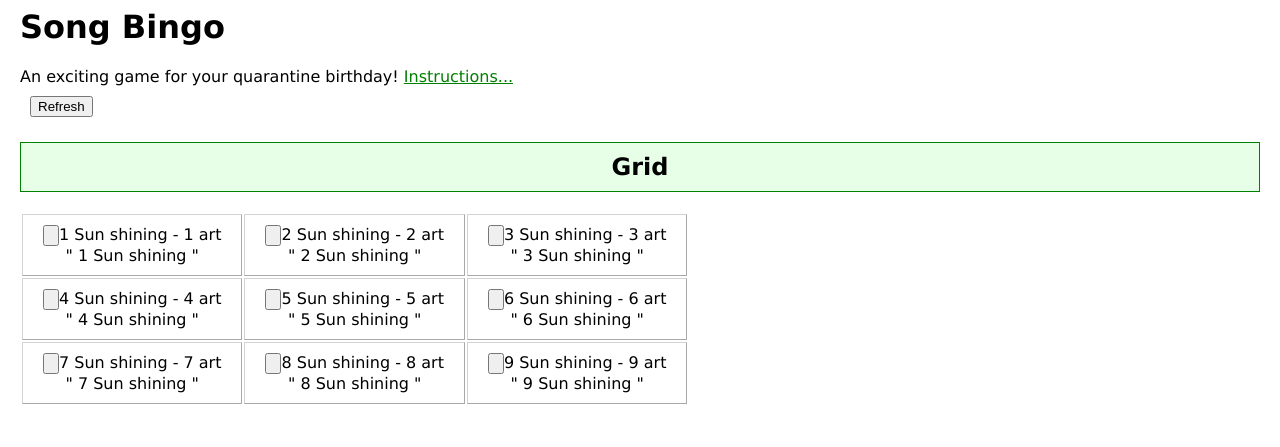
Repository: salsal97/birthday-bingo
Page: bingo.html
An editor plug-in stored every save of this project. The page is shown before and after the next save, followed by the edit.
The browser window is 1280 px wide. The pictures show the whole page.
After loading, the first visible `input` was clicked once.

Above is the page before, as saved 2020-05-23 12:40:28.

### bingo.html
<!--
Author: Saloni Goel and Abhinav Nair, 2020
Previous Author: Werner Stoop, 2012
-->
<html>
<head>
	<title>Song Bingo</title>

	<style>
	h2 {background:rgb(230,255,230);text-align:center;padding:10px;border:1px solid green;}
	body {font-family:Verdana;margin-left:20px;margin-right:20px}
	td {
		padding:10px 20px;
		border-top:1px solid lightgray;
		border-left:1px solid lightgray;
		border-bottom:1px solid darkgray;
		border-right:1px solid darkgray;
	}
	.error {
		background-color:#FF7F7F;
		color:red;
		padding:5px;
		margin:20px 50px;
		border:1px solid red;
	}
	.highlight {
		background:#47FF84;
	}
	a {
		color:green;
	}
	td label {
		cursor:pointer;
    	text-align: center;
	}
	form {
		margin:5px;
		padding:5px;
		color:green;
	}
	#instructions {
		display:none;
		border: 1px solid green;
		margin:10px;
		padding:20px;
	}
	</style>

	<!-- <script type="text/javascript" src="songs.json"></script> -->
	<script type="text/javascript">

	// var fs = require('fs');
	// var songs = fs.readFileSync("songs.json", "utf8");
	// var songs = $.getJSON("https://birthday-bingo.azurewebsites.net/songs.json");

	// var data = JSON.parse("https://birthday-bingo.azurewebsites.net/songs.json"); //.data;
	// var N = JSON.parse(songs).N;
	 var N = 3;
	 var data = [{
		friend: "p1",
		quote: "\" 1 Sun shining \"",
		song: "1 Sun shining",
		link: "www.youtube.com",
		artist: "1 art"
	}, {
		friend: "p2",
		quote: "\" 2 Sun shining \"",
		song: "2 Sun shining",
		link: "www.youtube.com",
		artist: "2 art"
	}, {
		friend: "p3",
		quote: "\" 3 Sun shining \"",
		song: "3 Sun shining",
		link: "www.youtube.com",
		artist: "3 art"
	}, {
		friend: "p4",
		quote: "\" 4 Sun shining \"",
		song: "4 Sun shining",
		link: "www.youtube.com",
		artist: "4 art"
	}, {
		friend: "p5",
		quote: "\" 5 Sun shining \"",
		song: "5 Sun shining",
		link: "www.youtube.com",
		artist: "5 art"
	}, {
		friend: "p6",
		quote: "\" 6 Sun shining \"",
		song: "6 Sun shining",
		link: "www.youtube.com",
		artist: "6 art"
	}, {
		friend: "p7",
		quote: "\" 7 Sun shining \"",
		song: "7 Sun shining",
		link: "www.youtube.com",
		artist: "7 art"
	}, {
		friend: "p8",
		quote: "\" 8 Sun shining \"",
		song: "8 Sun shining",
		link: "www.youtube.com",
		artist: "8 art"
	}, {
		friend: "p9",
		quote: "\" 9 Sun shining \"",
		song: "9 Sun shining",
		link: "www.youtube.com",
		artist: "9 art"
	}];

	var cells = {};

	function generate() {
		var usedWords = [];

		var node = document.getElementById("grid");

		// generate/restart game
		if(node.innerHTML && !confirm("Are you sure you want to regenerate?"))
			return;

		var html = '<table border="0">';
		for(var y = 0; y < N; y++) {
			html += "<tr>"
			for(var x = 0; x < N; x++) {

				// pick a random object
				// do {
				// 	var i = Math.round(Math.random() * (N*N - 1));
				// 	var obj = data[x+y*N];
				// } while(usedWords.indexOf(obj.friend) >= 0);
				// usedWords.push(obj.friend);
				var obj = data[x + y*N];

				// append object html
				html += '<td id="cell_' + x + '_' + y + '" style="text-align:center"><label><input id="chk-cell_' + x + '_' + y + '" type="button" onclick="cellClicked(\'cell_' + x + '_' + y + "')\">" + obj.song +" - "+ obj.artist + "<br>" + obj.quote + "</label></td>";
			}
			html += "</tr>"
		}
		html += "</table>";
		node.innerHTML = html;
		// node.innerHTML = "<p>"+data+" puppy 1";
		save("bingo.grid", html);
		saveGameState();
	}

	/* http://diveintohtml5.info/storage.html */
	function supports_html5_storage() {
	  try {
	    return 'localStorage' in window && window['localStorage'] !== null;
	  } catch (e) {
	    return false;
	  }
	}

	function cellClicked(id) {
		var c = document.getElementById("chk-" + id);
		var d = document.getElementById(id);
		var temp = id.split("_");
		var i = Number(temp[1]) + Number(temp[2])*N;

		var person = prompt("Enter the name of the friend "+data[i].friend).toLowerCase();
        if (person != null) {
			if (person == data[i].friend) {
			  d.innerHTML = data[i].friend.toUpperCase();
			  d.style.backgroundColor = "DarkCyan";
			//   d.className =(c.checked)?"highlight":"";
			}
			else {
				d.style.backgroundColor = "Crimson";
				if (!d.innerHTML.endsWith(", ")){
					d.innerHTML += "<br> Wrong guess: ";
				}
				d.innerHTML += person + ", ";
			}
		}
		saveGameState();
	}

	function saveGameState() {
		for(var y = 0; y < N; y++) {
			for(var x = 0; x < N; x++) {
				var id = 'cell_' + x + '_' + y;
				var c = document.getElementById("chk-" + id);
				save("bingo." + id, c.checked);
			}
		}
	}

	function loadGameState() {
		for(var y = 0; y < N; y++) {
			for(var x = 0; x < N; x++) {
				var id = 'cell_' + x + '_' + y;
				var c = document.getElementById("chk-" + id);
				c.checked = (load("bingo." + id) == 'true');
				var d = document.getElementById(id);
				d.className =(c.checked)?"highlight":"";
			}
		}
	}

	function toggle(id){
		var elem = document.getElementById(id);
		if (elem.style.display == "block")
			elem.style.display = "none";
		else
			elem.style.display = "block";
	}

	save = function(key,value){};
	load = function(key){return null};

	function start() {
		if(supports_html5_storage()) {
			save = function(key, value) {
				localStorage.setItem(key,value);
			};
			load = function(key) {
				return localStorage.getItem(key);
			};
		} else {
			alert("Your browser does not support localStorage.\nYou won't be able to persist the Bingo grid.\nUpgrading your browser may help.");
			return;
		}

		var grid = load("bingo.grid");
		if(grid) {
			console.log("Loaded a previously generated grid");
			var node = document.getElementById("grid");
			node.innerHTML = grid;
			loadGameState();
		}
	}
	</script>
</head>
<body onLoad="start()">
<h1>Song Bingo</h1>

An exciting game for your quarantine birthday!

<a href="javascript:toggle('instructions');">Instructions...</a>

<noscript>
<div class="error">
<strong>Problem:</strong>
<p><em>
You do not have JavaScript enabled. JavaScript must be enabled for this application to work.
</em></p>
</div>
</noscript>

<div id="instructions">
<h2>Instructions</h2>
<ol>
	<noscript><li>Enable JavaScript</li></noscript>
	<li>Click <strong>Refresh</strong> to create your Bingo board.</li>
	<li>In the boxes you see the name of a song, its artist, and a quote from the song that someone chose for you </li>
	<li>Click on the button in the box to guess who chose this song!  </li>
	<li>If your guess is right, the box will change color and display the name of the person (:  </li>
	<li>If your guess is wrong, the box will show you your incorrect guess to help you narrow your search  </li>
	<li>HINT: The main page of this website should be populated with the people who participated! I restricted this to first names to make it easy  </li>
</ol>
</div>
<form>
<input type="button" value="Refresh" onClick="generate();"/>
</form>
<h2>Grid</h2>
<div id="grid"></div>
</body>
</html>

After the next save:
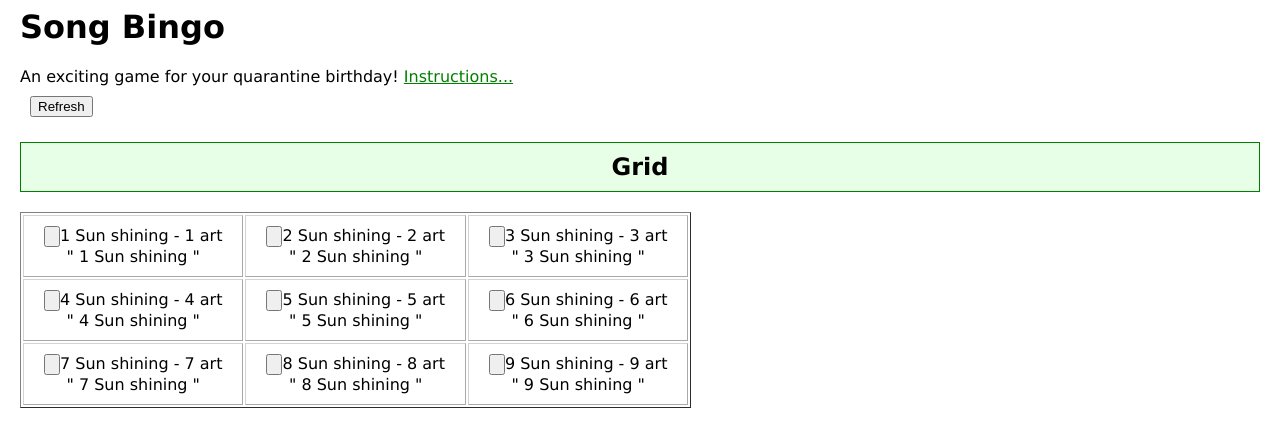
Saved 53 s later.
--- a/bingo.html
+++ b/bingo.html
@@ -123,7 +123,7 @@
 		if(node.innerHTML && !confirm("Are you sure you want to regenerate?"))
 			return;
 
-		var html = '<table border="0">';
+		var html = '<table border="1">';
 		for(var y = 0; y < N; y++) {
 			html += "<tr>"
 			for(var x = 0; x < N; x++) {

After the save that followed:
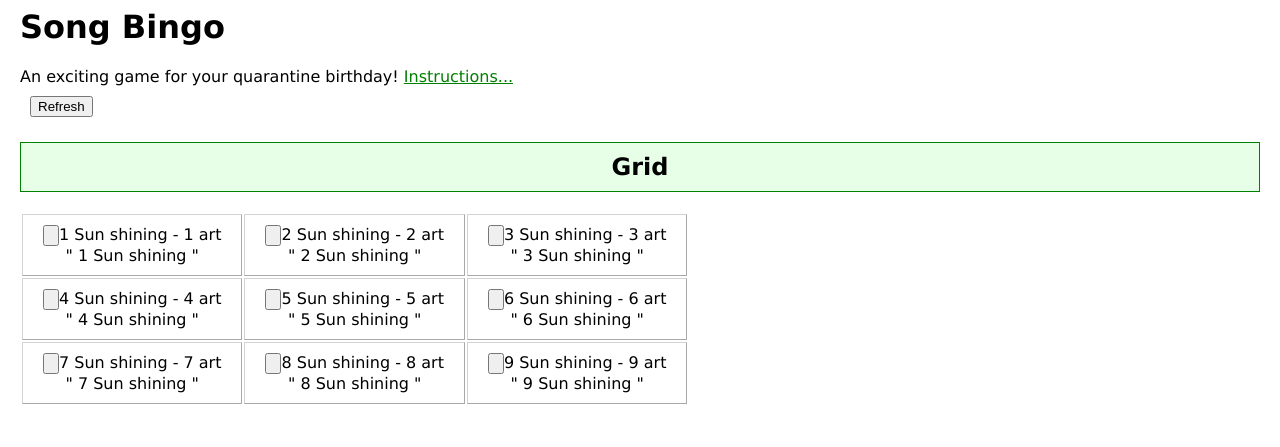
Saved 7 s later.
--- a/bingo.html
+++ b/bingo.html
@@ -123,7 +123,7 @@
 		if(node.innerHTML && !confirm("Are you sure you want to regenerate?"))
 			return;
 
-		var html = '<table border="1">';
+		var html = '<table border="0">';
 		for(var y = 0; y < N; y++) {
 			html += "<tr>"
 			for(var x = 0; x < N; x++) {
